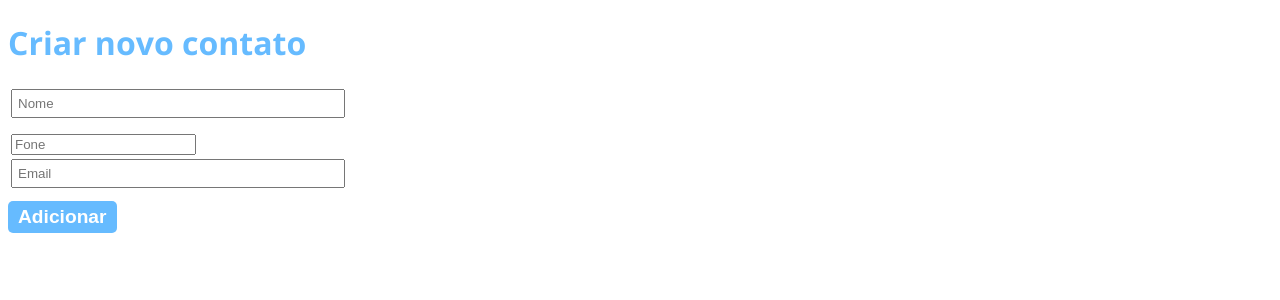
Repository: sergiotales1/agendactt-java
Page: http://localhost/agenda/novo.html
The author's editor kept a copy of each file at every save. The page is drawn from the files as they stood at one save, then again after the next save.
The browser window is 1280 px wide. The pictures show the whole page.
The page is served by Tomcat 9.

Above is the page before, as saved 2023-11-25 19:00:46.

After the next save:
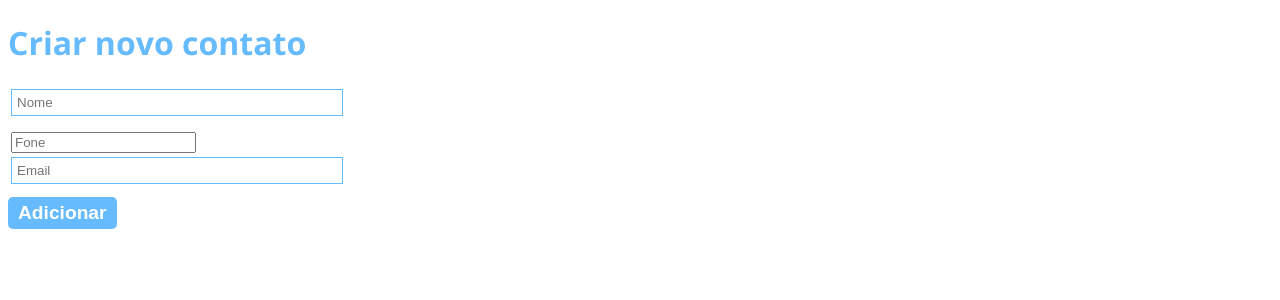
Saved 2 min 1 s later.
--- a/agenda/src/main/webapp/style.css
+++ b/agenda/src/main/webapp/style.css
@@ -27,4 +27,5 @@ h1{
 	width: 320px;
 	padding: 5px;
 	margin-bottom: 10px;
+	border: 1px solid #66bbff;
 }
